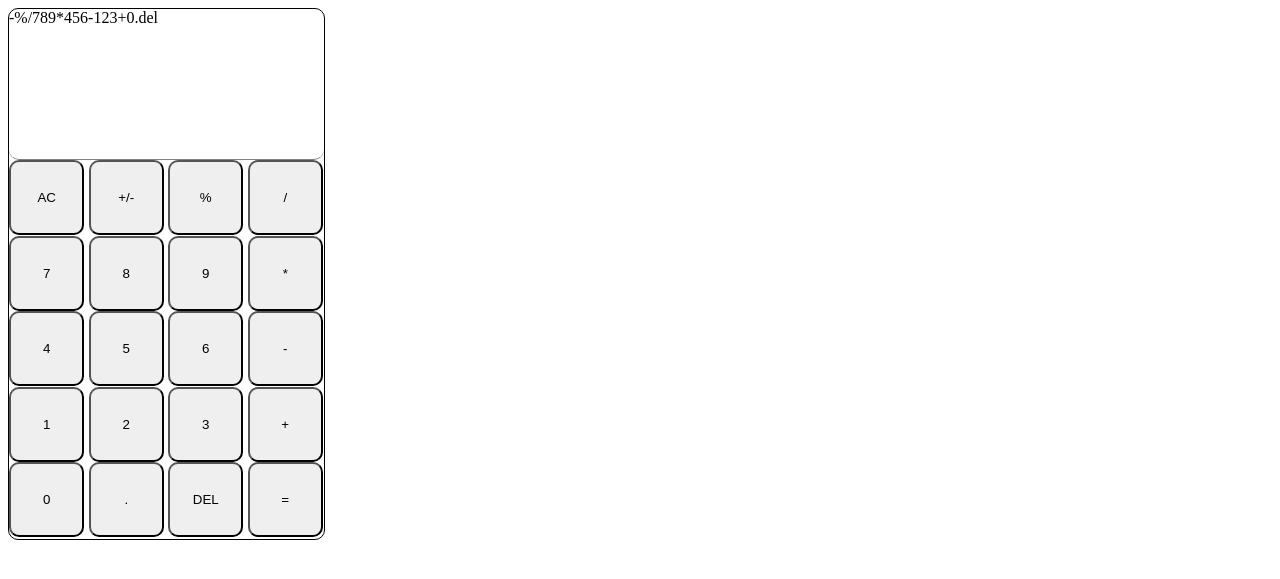
Repository: baziz22/Vanilla_JS_Projects
Page: claculator/index.html
These files come from the project's save history. The page is drawn as it stood at one moment and after the next save; the edit follows.
The browser window is 1280 px wide. The pictures show the whole page.

Above is the page before, as saved 2022-03-01 13:24:26.

### claculator/index.html
<!DOCTYPE html>
<html lang="en">
  <head>
    <meta charset="UTF-8" />
    <meta http-equiv="X-UA-Compatible" content="IE=edge" />
    <meta name="viewport" content="width=device-width, initial-scale=1.0" />
    <link rel="stylesheet" href="style.css" />
    <script src="script.js" defer></script>
    <title>Calculator</title>
  </head>
  <body>
    <div class="container">
      <div class="wrapper">
        <div id="result">
          <div id="output"></div>
          <div id="total"></div>
        </div>

        <button class="btn" id="ac">AC</button>
        <button class="btn" value="-" id="negative">+/-</button>
        <button class="btn" value="%" id="percent">%</button>
        <button class="btn" value="/" id="divide">/</button>
        <button class="btn" value="7">7</button>
        <button class="btn" value="8">8</button>
        <button class="btn" value="9">9</button>
        <button class="btn" value="*" id="multiply">*</button>
        <button class="btn" value="4">4</button>
        <button class="btn" value="5">5</button>
        <button class="btn" value="6">6</button>
        <button class="btn" value="-" id="minus">-</button>
        <button class="btn" value="1">1</button>
        <button class="btn" value="2">2</button>
        <button class="btn" value="3">3</button>
        <button class="btn" value="+" id="plus">+</button>
        <button class="btn" value="0">0</button>
        <button class="btn" value=".">.</button>
        <button class="btn" value="del" id="delete">DEL</button>
        <button class="btn" value="=" id="equal">=</button>
      </div>
    </div>
  </body>
</html>

### claculator/style.css
.wrapper {
  border: 1px solid black;
  border-radius: 10px;
  width: 315px;
  height: 530px;
}
button {
  margin: 0.25px;
  width: 75px;
  height: 75px;
  border-radius: 10px;
}
#output {
  width: 315px;
  height: 150px;
  border-bottom: 1px solid gray;
  border-radius: 10px;
}

### claculator/script.js
const output = document.getElementById('output');
const total = document.getElementById('total');
const reset = document.getElementById('ac');
const btn = document.querySelectorAll('.btn');
const operants = ['=', '+', '-', '*', '/'];
const equalOperation = '=';
function clear() {}
function digitDelete() {}
const operantValue = function (arg, operant) {
  let theOperant = '';
  //console.log('args: ', arg);
  operant.forEach((element, i) => {
    //console.log(i + '. ' + element);
    //console.log('opernat: ', operant);
    if (operant[i] === arg[0]) {
      console.log('this is the operant', operant[i]);
      theOperant = operant[i];
    }
  });
  return theOperant;
};

function appendNumber(element) {
  let digits = [];
  let saveOperants = [];
  let saveDigits = [];
  let outputContents = '';
  console.log('print: ', element.value);
  if (element.value !== equalOperation) {
    digits.push(element.value);
    let g = operantValue(digits, operants);
    console.log('g: ', g);
    //console.log('digits: ', digits);
    output.innerHTML += digits;
    if (element.value !== g) {
      outputContents += output.textContent;
      console.log(outputContents);
      //saveOutputDigit = outputContents;
      //console.log('s: ',saveOutputDigit);
      out = outputContents.concat();
      console.log('out: ', out);
    }
    if (element.value === g) {
      outputContents = '';
      //saveOutputDigit = '';
      saveOperants.push(g);
      saveDigits.push(Number(out));
      console.log('2. OutputContents: ', out);
      console.log('saveDigits: ', saveDigits);
      //reset outputContent\
      console.log('saveOperants: ', saveOperants);
      //operantValue(digits, operants);
    }
  } else {
    compute();
  }
}
function chooseOperation(operation) {}
function compute() {
  console.log('Final Result');
}
function updateDisplay() {}
let out = '';
let saveOutputDigit = '';

btn.forEach(element => {
  element.addEventListener('click', appendNumber(element));
});

After the next save:
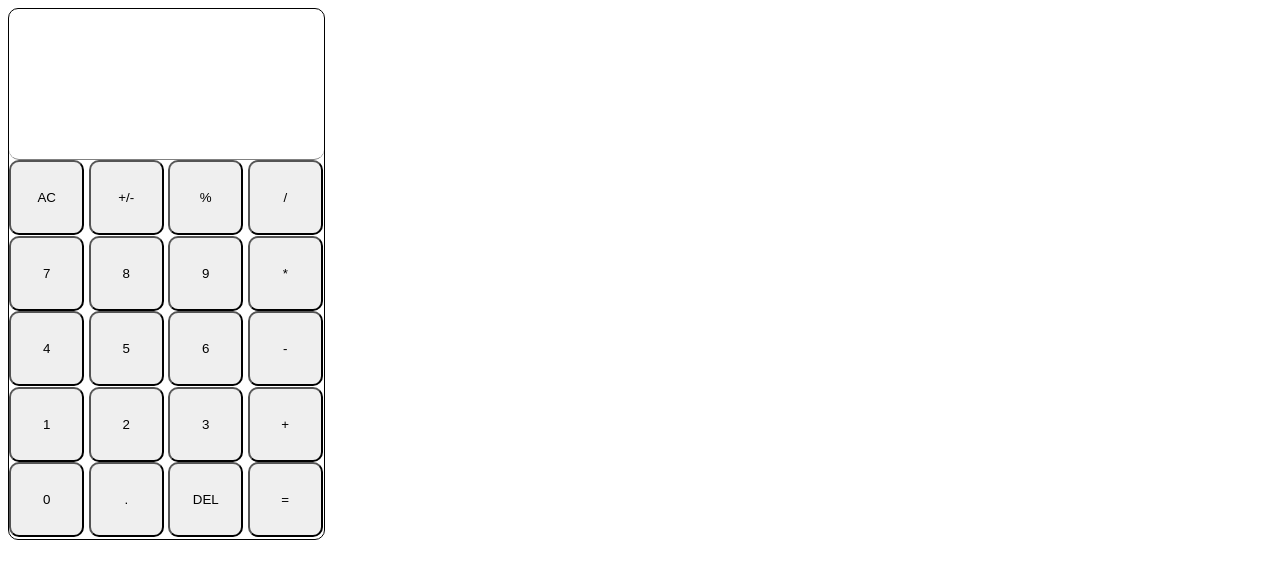
Saved 103 s later.
--- a/claculator/script.js
+++ b/claculator/script.js
@@ -64,5 +64,5 @@
 let saveOutputDigit = '';
 
 btn.forEach(element => {
-  element.addEventListener('click', appendNumber(element));
+  element.addEventListener('click', appendNumber(element.value));
 });

After the 3 saves that followed:
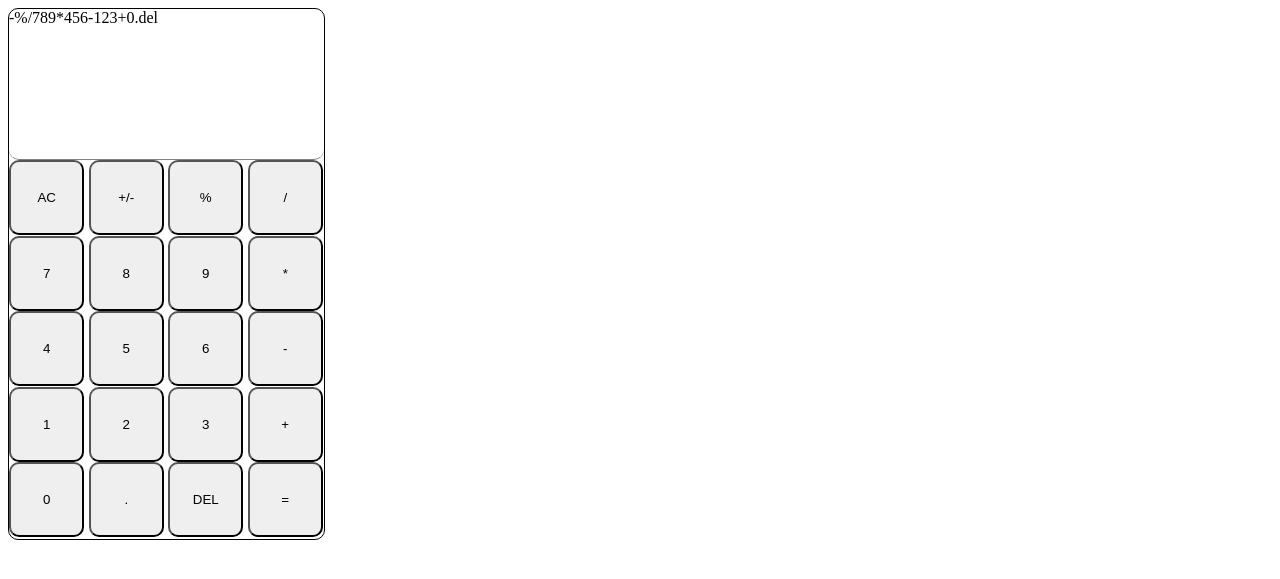
The 3 saves are shown as one change because 2 left the picture as it was.
The last was saved 2 min 42 s later.
--- a/claculator/script.js
+++ b/claculator/script.js
@@ -25,7 +25,7 @@
   let saveOperants = [];
   let saveDigits = [];
   let outputContents = '';
-  console.log('print: ', element.value);
+  //console.log('print: ', element);
   if (element.value !== equalOperation) {
     digits.push(element.value);
     let g = operantValue(digits, operants);
@@ -64,5 +64,5 @@
 let saveOutputDigit = '';
 
 btn.forEach(element => {
-  element.addEventListener('click', appendNumber(element.value));
+  element.addEventListener('click', appendNumber(element));
 });
